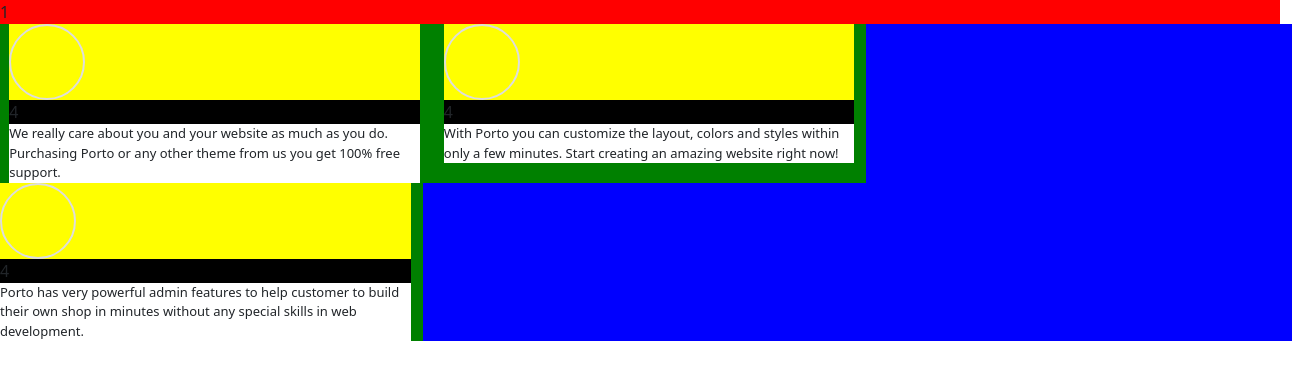
Repository: NguyenDo13/BE2-NhomH
Page: module-9/index/index.html
These files come from the project's save history. The page is drawn as it stood at one moment and after the next save; the edit follows.
The browser window is 1280 px wide. The page is 1292 px wide, so the pictures cover 1292 px, including what lies to the right of the window. The pictures show the whole page.

Above is the page before, as saved 2022-05-15 10:48:10.

### module-9/index/index.html
<!DOCTYPE html>
<html lang="en">

<head>
    <meta charset="UTF-8" />
    <meta http-equiv="X-UA-Compatible" content="IE=edge" />
    <meta name="viewport" content="width=device-width, initial-scale=1.0" />
    <link rel="stylesheet" href="public/css/style.css" />
    <link rel="stylesheet" href="public/css/bootstrap.min.css" />
    <link rel="stylesheet" href="https://cdnjs.cloudflare.com/ajax/libs/font-awesome/5.15.3/css/all.min.css" />
    <title>Document</title>
</head>

<body>
    <div class="portoTotal">
        <!-- chia hàng -->1
        <div class="row">
            <!-- chia cột -->2
            <div class="vc_column_container col-md-4">
                <div class="portoContainer">
                    <div class="portoTop">
                        <div class="portoTopicon">
                            <i class="Simple-Line-Icons-action-undo"> </i>
                        </div>
                    </div>
                    <div class="portoheader">4</div>
                    <div class="portodescription" style="font-size: 13px">
                        We really care about you and your website as much as you do. Purchasing Porto or any other theme from us you get 100% free support.
                    </div>
                </div>
            </div>
            <div class="vc_column_container col-md-4">
                <div class="portoContainer">
                    <div class="portoTop">
                        <div class="portoTopicon"></div>
                    </div>
                    <div class="portoheader">4</div>
                    <div class="portodescription" style="font-size: 13px">With Porto you can customize the layout, colors and styles within only a few minutes. Start creating an amazing website right now!</div>
                </div>
            </div>
            <div class="vc_column_container col-md-4">
                <div class="portoContainer">
                    <div class="portoTop">
                        <div class="portoTopicon"></div>
                    </div>
                    <div class="portoheader">4</div>
                    <div class="portodescription" style="font-size: 13px">Porto has very powerful admin features to help customer to build their own shop in minutes without any special skills in web development.</div>
                </div>
            </div>
        </div>
    </div>
</body>

</html>

### module-9/index/public/css/style.css
body {
    font-size: 13px;
    line-height: 22px;
    font-family: 'Open Sans', sans-serif;
    background: #fff;
}

.portoTotal {
    background-color: red;
}

.row {
    background-color: blue;
    display: flex;
    flex-wrap: wrap;
}

.vc_column_container {
    background-color: green;
}

.portoContainer {
    background-color: yellow;
}

.portotop {}

.portoTopicon {
    color: #0088cc;
    background: transparent;
    border-style: solid;
    border-color: #dddddd;
    border-width: 2px;
    width: 76px;
    height: 76px;
    line-height: 76px;
    border-radius: 40px;
    font-size: 40px;
}

.portoheader {
    background-color: black;
}

.portodescription {
    background-color: white;
}

Loaded but not shown: module-9/index/public/css/bootstrap.min.css (library)

After the next save:
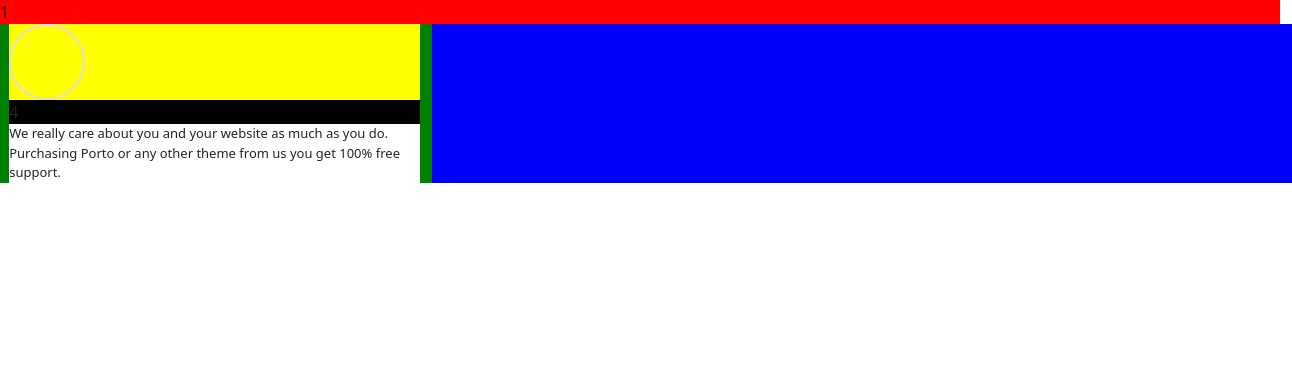
Saved 27 min 13 s later.
--- a/module-9/index/index.html
+++ b/module-9/index/index.html
@@ -29,24 +29,6 @@
                     </div>
                 </div>
             </div>
-            <div class="vc_column_container col-md-4">
-                <div class="portoContainer">
-                    <div class="portoTop">
-                        <div class="portoTopicon"></div>
-                    </div>
-                    <div class="portoheader">4</div>
-                    <div class="portodescription" style="font-size: 13px">With Porto you can customize the layout, colors and styles within only a few minutes. Start creating an amazing website right now!</div>
-                </div>
-            </div>
-            <div class="vc_column_container col-md-4">
-                <div class="portoContainer">
-                    <div class="portoTop">
-                        <div class="portoTopicon"></div>
-                    </div>
-                    <div class="portoheader">4</div>
-                    <div class="portodescription" style="font-size: 13px">Porto has very powerful admin features to help customer to build their own shop in minutes without any special skills in web development.</div>
-                </div>
-            </div>
         </div>
     </div>
 </body>
